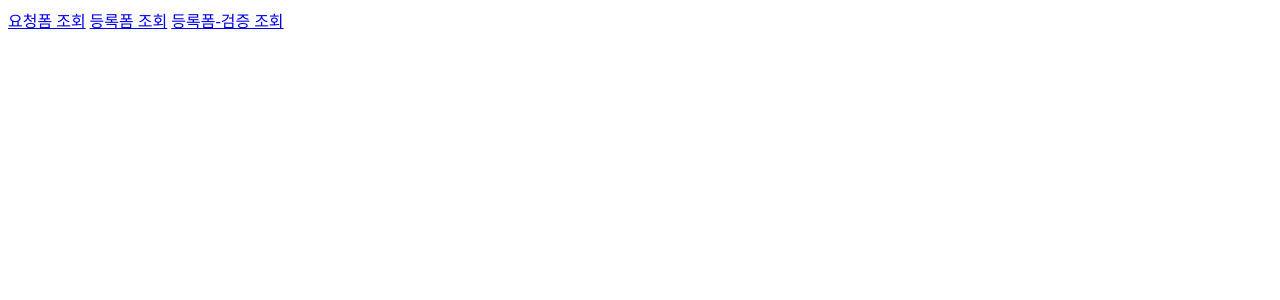
Repository: fellownew/framework_workspace
Page: http://localhost/spring_mvc_03_annotation/
These files come from the project's save history. The page is drawn as it stood at one moment and after the next save; the edit follows.
The browser window is 1280 px wide. The pictures show the whole page.
The page is served by Tomcat 9. Other server files are loaded and not shown.

Above is the page before, as saved 2015-05-14 05:52:58.

### spring_mvc_03_annotation/WebContent/index.jsp
<%@ page contentType="text/html;charset=UTF-8"%>
<!DOCTYPE html>
<html>
<head>
<meta charset="UTF-8">
<title>Insert title here</title>
</head>
<body>
<a href="/spring_mvc_03_annotation/param/requestForm.do">요청폼 조회</a>
<a href="/spring_mvc_03_annotation/modelAttr/registerForm.do">등록폼 조회</a>
<a href="/spring_mvc_03_annotation/modelAttr/registerValidForm.do">등록폼-검증 조회</a>
</body>
</html>

After the next save:
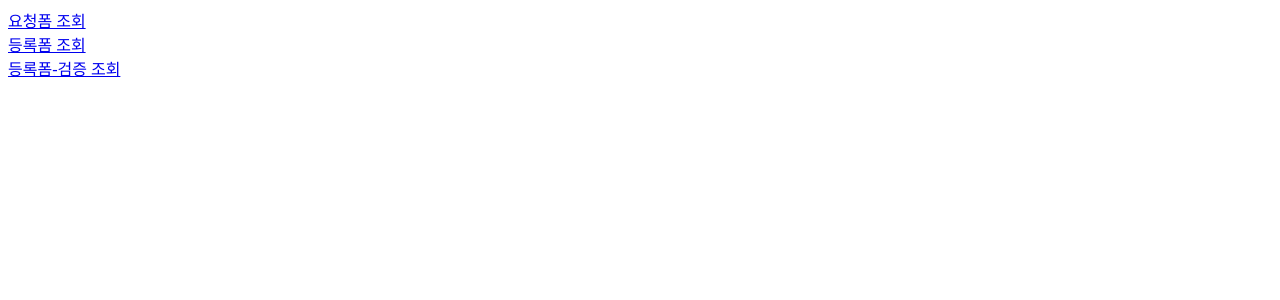
Saved 27 s later.
--- a/spring_mvc_03_annotation/WebContent/index.jsp
+++ b/spring_mvc_03_annotation/WebContent/index.jsp
@@ -6,8 +6,8 @@
 <title>Insert title here</title>
 </head>
 <body>
-<a href="/spring_mvc_03_annotation/param/requestForm.do">요청폼 조회</a>
-<a href="/spring_mvc_03_annotation/modelAttr/registerForm.do">등록폼 조회</a>
-<a href="/spring_mvc_03_annotation/modelAttr/registerValidForm.do">등록폼-검증 조회</a>
+<a href="/spring_mvc_03_annotation/param/requestForm.do">요청폼 조회</a><br>
+<a href="/spring_mvc_03_annotation/modelAttr/registerForm.do">등록폼 조회</a><br>
+<a href="/spring_mvc_03_annotation/modelAttr/registerValidForm.do">등록폼-검증 조회</a><br>
 </body>
 </html>
